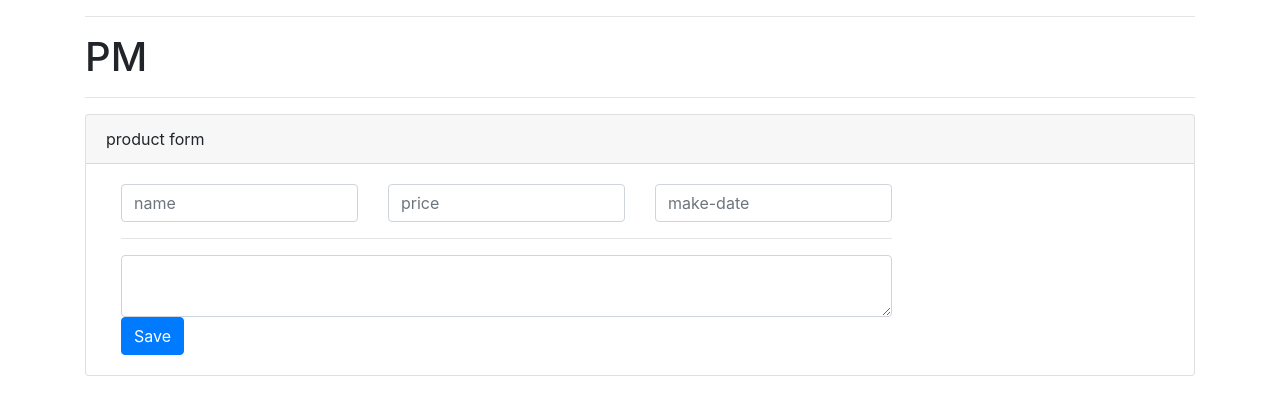
Repository: Akashk29/Wissen-Training-Projects
Page: webjavathings/PM-v1/WebContent/pm.html
These files come from the project's save history. The page is drawn as it stood at one moment and after the next save; the edit follows.
The browser window is 1280 px wide. The pictures show the whole page.

Above is the page before, as saved 2018-06-25 09:13:03.

### webjavathings/PM-v1/WebContent/pm.html
<!DOCTYPE html>
<html>
<head>
<meta charset="ISO-8859-1">
<title>PM</title>
<link href="css/bootstrap.css" rel="stylesheet" />
</head>
<body class="container">

	<hr />
	<h1>PM</h1>
	<hr />

	<div class="card">
		<div class="card-header">product form</div>
		<div class="card-body">
			<form>
				<div class="col-sm-8 col-md-9">
					<div class="row">
						<div class="col">
							<input type="text" class="form-control" placeholder="name">
						</div>
						<div class="col">
							<input type="number" class="form-control" placeholder="price">
						</div>
						<div class="col">
							<input type="text" class="form-control" placeholder="make-date">
						</div>
					</div>
					<hr />
					<div class="row">
						<div class="col">
							<textarea rows="" cols="" class="form-control"
								placeholder="description">
        </textarea>
						</div>
					</div>

					<button class="btn btn-primary">Save</button>
			</form>
		</div>
	</div>
	</div>
</body>
</html>

Loaded but not shown: webjavathings/PM-v1/WebContent/css/bootstrap.css (library)

After the next save:
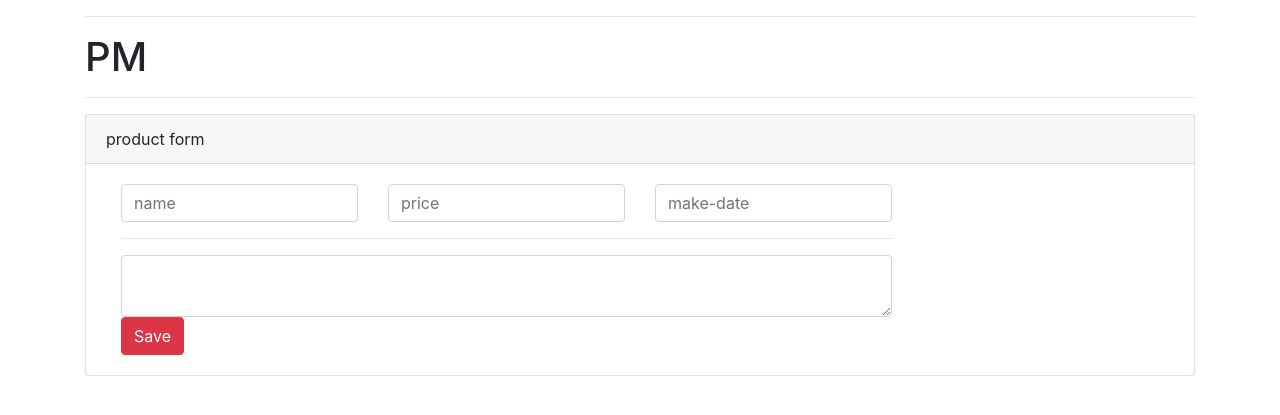
Saved 13 s later.
--- a/webjavathings/PM-v1/WebContent/pm.html
+++ b/webjavathings/PM-v1/WebContent/pm.html
@@ -36,7 +36,7 @@
 						</div>
 					</div>
 
-					<button class="btn btn-primary">Save</button>
+					<button class="btn btn-danger">Save</button>
 			</form>
 		</div>
 	</div>
